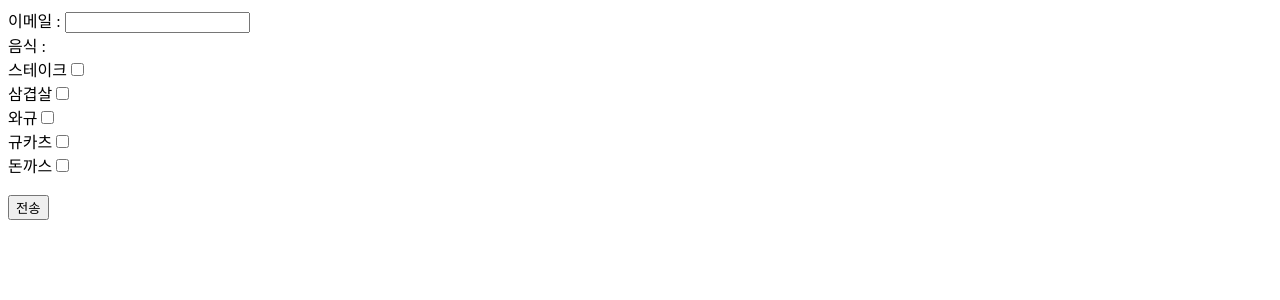
Repository: JJinBBangg/JSP
Page: http://localhost/jsp/ch11/lecture/05object/16form.jsp
An editor plug-in stored every save of this project. The page is shown before and after the next save, followed by the edit.
The browser window is 1280 px wide. The pictures show the whole page.
The page is served by Tomcat 9. Other server files are loaded and not shown.

Above is the page before, as saved 2023-04-04 00:42:54.

### jsp/src/main/webapp/ch11/lecture/05object/16form.jsp
<%@ page language="java" contentType="text/html; charset=UTF-8"
    pageEncoding="UTF-8"%>
<%@ page import="java.util.*"%>
<!DOCTYPE html>
<html>
<head>
<meta charset="UTF-8">
<title>Insert title here</title>
</head>
<body>
	<form action="17process.jsp">
		이메일 : <input type="email" name="email"  /> <br />

		음식 : <br />
		스테이크<input type="checkbox" name="food" value="스테이크" /><br />
		삼겹살<input type="checkbox" name="food" value="삼겹살" /><br />
		와규<input type="checkbox" name="food" value="와규" /><br />
		규카츠<input type="checkbox" name="food" value="규카츠" /><br />
		돈까스<input type="checkbox" name="food" value="돈까스" /><br />

		<br />

		<input type="submit" value="전송" />
	</form>
</body>
</html>

After the next save:
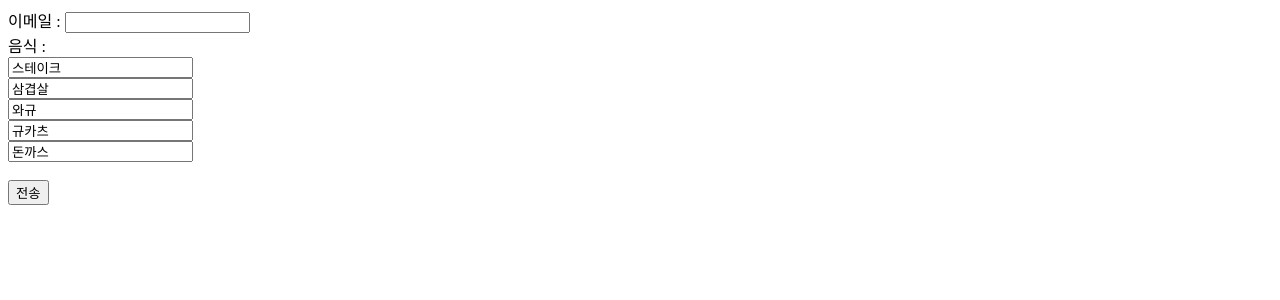
Saved 73 s later.
--- a/jsp/src/main/webapp/ch11/lecture/05object/16form.jsp
+++ b/jsp/src/main/webapp/ch11/lecture/05object/16form.jsp
@@ -12,11 +12,11 @@
 		이메일 : <input type="email" name="email"  /> <br />
 
 		음식 : <br />
-		스테이크<input type="checkbox" name="food" value="스테이크" /><br />
-		삼겹살<input type="checkbox" name="food" value="삼겹살" /><br />
-		와규<input type="checkbox" name="food" value="와규" /><br />
-		규카츠<input type="checkbox" name="food" value="규카츠" /><br />
-		돈까스<input type="checkbox" name="food" value="돈까스" /><br />
+		<input type="text" name="food" value="스테이크" /><br />
+		<input type="text" name="food" value="삼겹살" /><br />
+		<input type="text" name="food" value="와규" /><br />
+		<input type="text" name="food" value="규카츠" /><br />
+		<input type="text" name="food" value="돈까스" /><br />
 
 		<br />
 
